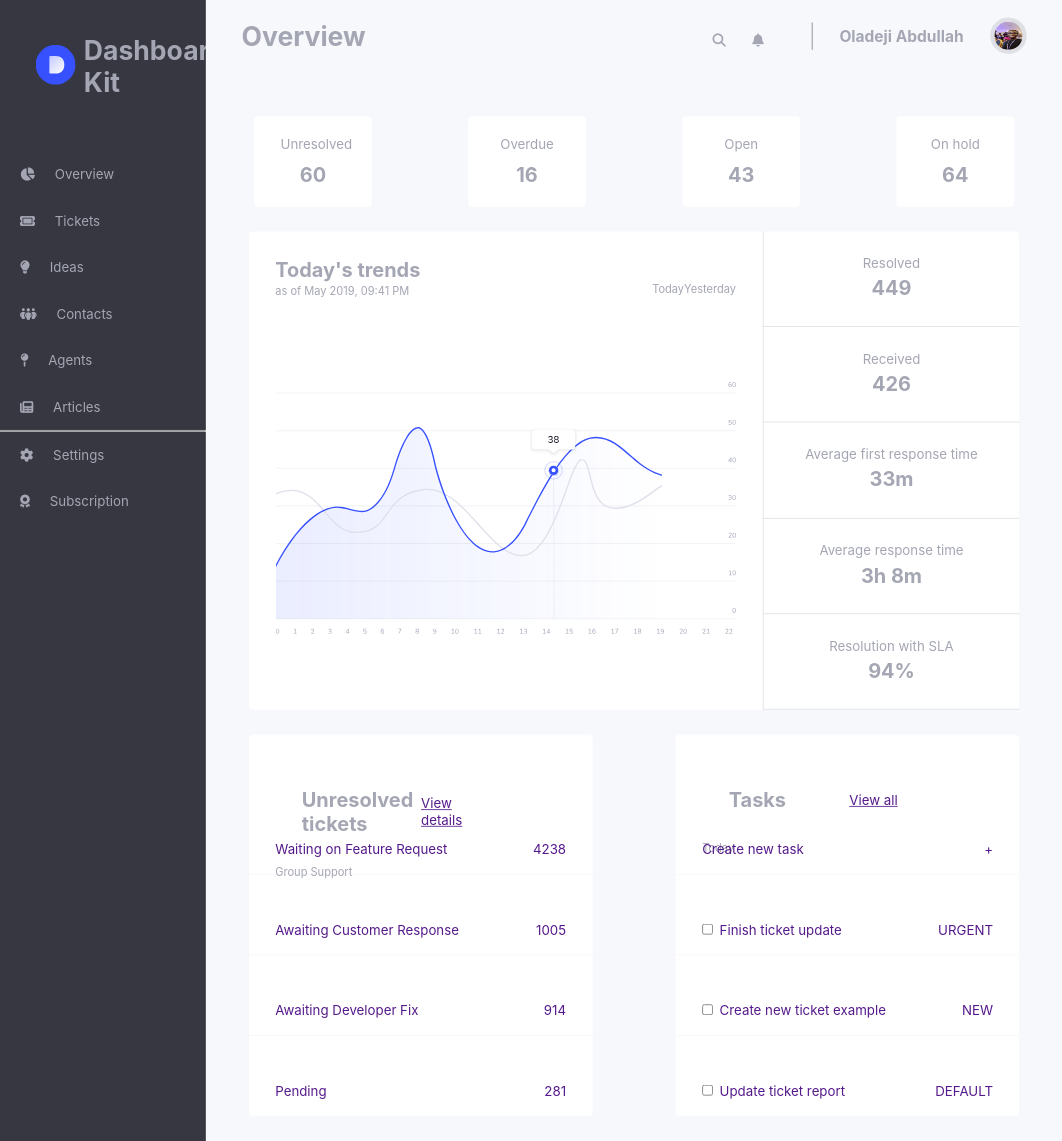
Repository: BuduCE/dashboard
Page: /
The author's editor kept a copy of each file at every save. The page is drawn from the files as they stood at one save, then again after the next save.
The browser window is 1280 px wide. The pictures show the whole page, at 83% of full size.
Some web libraries are served in a nearby version. The project was rebuilt for these pictures with package versions that can differ from the ones it lists, and the page was loaded fresh each time. Also part of the build but not shown: src/pages/Tickets/index.jsx.

Above is the page before, as saved 2022-08-05 23:49:52.

After the next save:
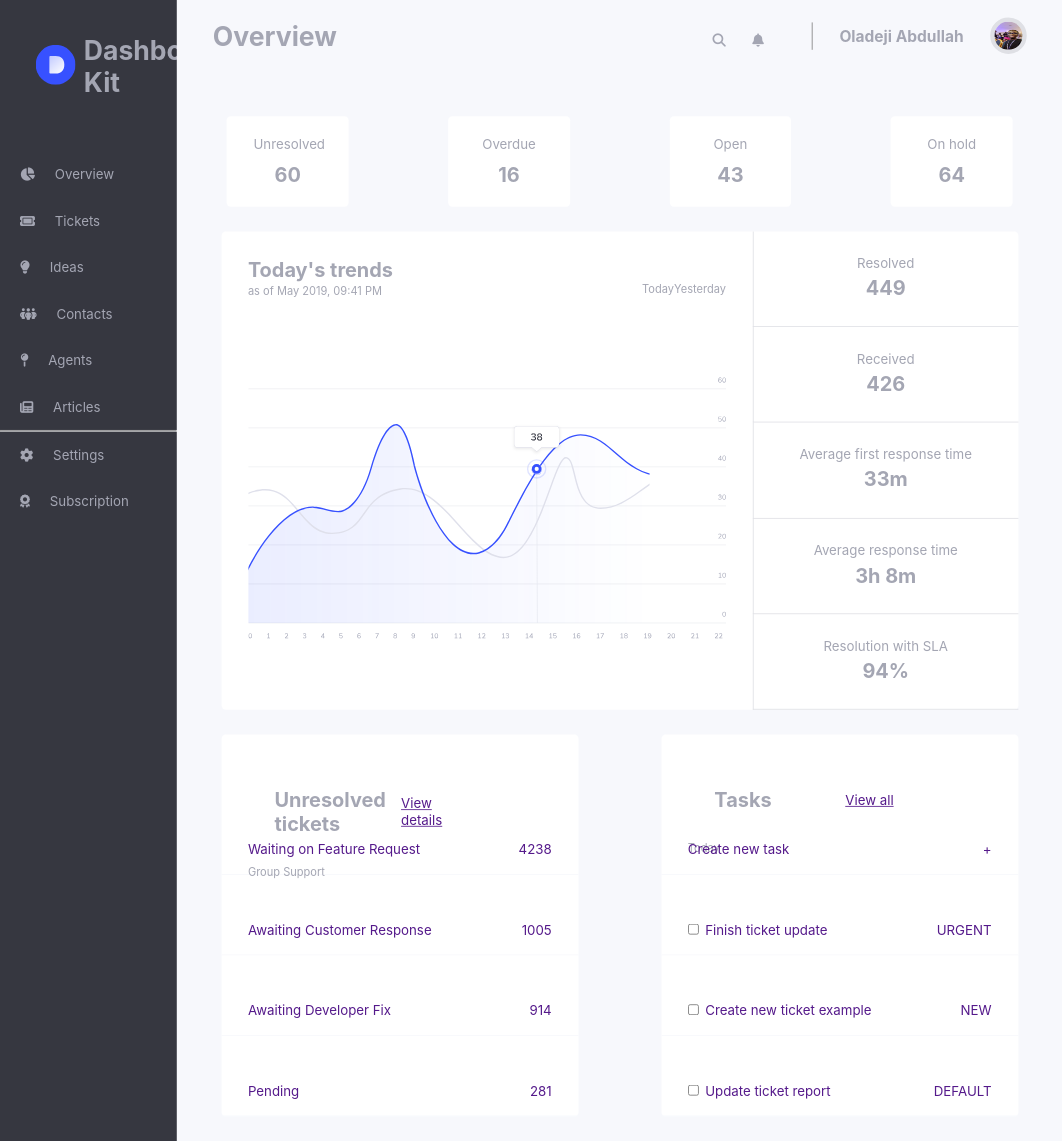
Saved 14 s later.
--- a/src/components/common/SideNav/styles.css
+++ b/src/components/common/SideNav/styles.css
@@ -15,7 +15,7 @@
 }
 .logo h1{
     margin-left: 10px;
-    width: 6.5rem;
+    width: 2.5rem;
 }
 .heading{
     width: 100%;
